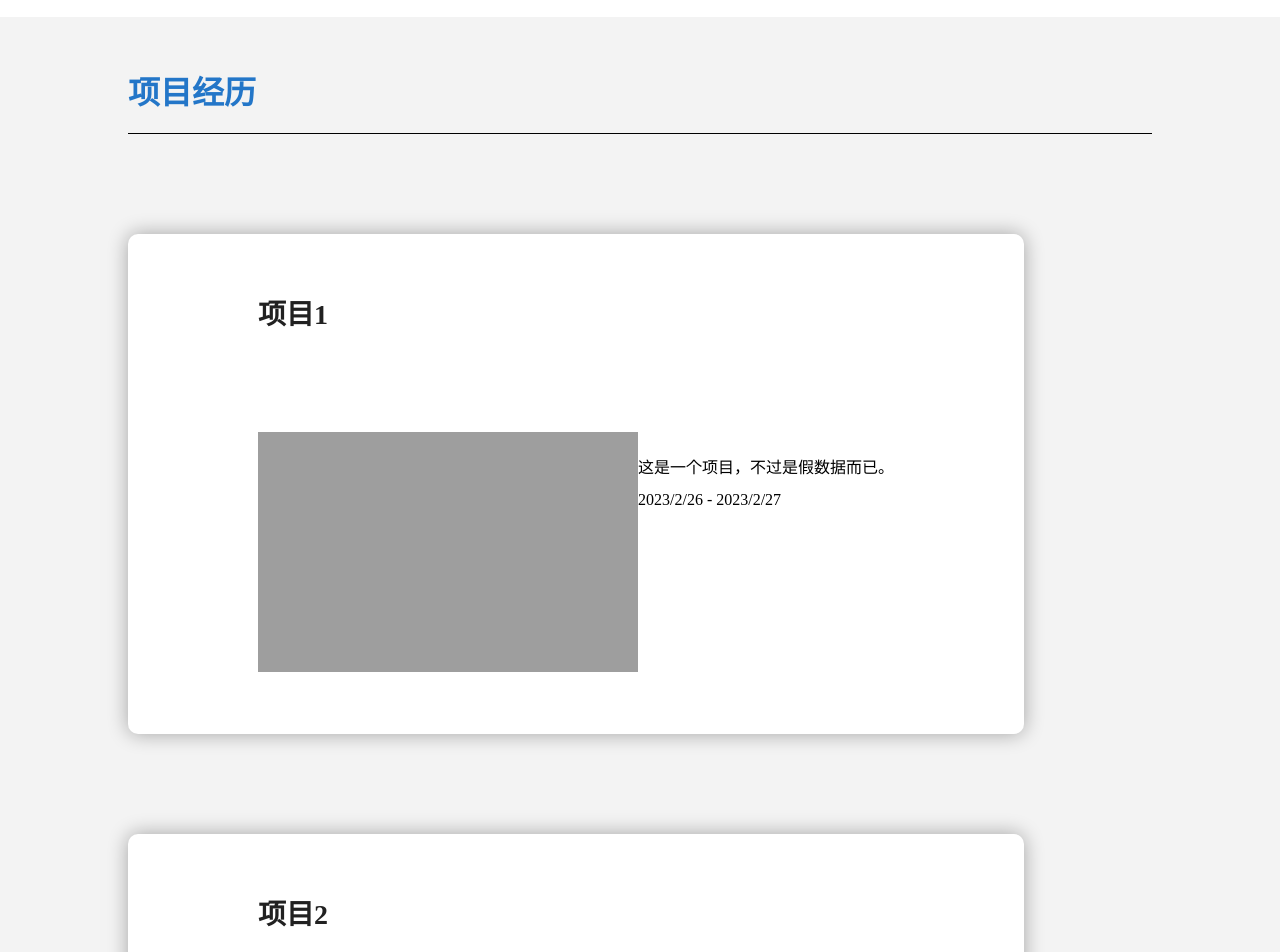
Repository: TheBiggestFatCat/myblog-frontend
Page: /
An editor plug-in stored every save of this project. The page is shown before and after the next save, followed by the edit.
The browser window is 1280 px wide. The pictures show the part of the page from y = 1082 to 2034 px (the page is 3166 px tall).
Pictures or frames that could not be fetched are drawn as grey boxes. The project was rebuilt for these pictures with package versions that can differ from the ones it lists, and the page was loaded fresh each time. Also part of the build but not shown: vite.config.ts.

Above is the page before, as saved 2023-02-26 11:57:33.

### src/style.css
* {
  margin: 0;
  box-sizing: border-box;
  padding: 0;
}

/* :root {
  font-family: Inter, system-ui, Avenir, Helvetica, Arial, sans-serif;
  line-height: 1.5;
  font-weight: 400;

  color-scheme: light dark;
  color: rgba(255, 255, 255, 0.87);
  background-color: #242424;

  font-synthesis: none;
  text-rendering: optimizeLegibility;
  -webkit-font-smoothing: antialiased;
  -moz-osx-font-smoothing: grayscale;
  -webkit-text-size-adjust: 100%;
}

a {
  font-weight: 500;
  color: #646cff;
  text-decoration: inherit;
}
a:hover {
  color: #535bf2;
}

body {
  margin: 0;
  display: flex;
  place-items: center;
  min-width: 320px;
  min-height: 100vh;
}

h1 {
  font-size: 3.2em;
  line-height: 1.1;
}

button {
  border-radius: 8px;
  border: 1px solid transparent;
  padding: 0.6em 1.2em;
  font-size: 1em;
  font-weight: 500;
  font-family: inherit;
  background-color: #1a1a1a;
  cursor: pointer;
  transition: border-color 0.25s;
}
button:hover {
  border-color: #646cff;
}
button:focus,
button:focus-visible {
  outline: 4px auto -webkit-focus-ring-color;
}

.card {
  padding: 2em;
}

#app {
  max-width: 1280px;
  margin: 0 auto;
  padding: 2rem;
  text-align: center;
}

@media (prefers-color-scheme: light) {
  :root {
    color: #213547;
    background-color: #ffffff;
  }
  a:hover {
    color: #747bff;
  }
  button {
    background-color: #f9f9f9;
  }
} */

### src/App.vue
<script setup lang="ts">
import Home from './components/Home/Home.vue';
</script>

<template>
  <Home/>
</template>

<style scoped>
</style>

### src/components/Home/Home.vue
<template>
  <div class="home">
    <!-- 导航栏 -->
    <Navigation></Navigation>

    <!-- 头部 -->
    <div class="home-top">
      <div class="avatar">
        <img :src="avatar" alt="Image">
      </div>
      <div class="avatar-right">
        <h2>{{ name }}</h2>
        <div class="border"></div>
        <p v-for="i in introduction" :key="i">{{ i }}</p>
        <a href="https://github.com/" target="_blank">
          <button><img src="@/assets/icons/github.svg" style="position: relative; top: 4px;" alt=""></button>
        </a>
        <a href="https://blog.csdn.net/" target="_blank">
          <button><img src="@/assets/icons/csdn.svg" style="position: relative; top: 2px; width: 24px" alt=""></button>
        </a>
      </div>
    </div>

    <!-- 头部以下 -->
    <div class="home-body">
      <!-- 个人介绍 -->
      <div class="personal">
        <h3>个人介绍</h3>
        <div class="border"></div>
        <p v-for="i in personalText">{{ i }}</p>
      </div>
      <!-- 项目经历 -->
      <div class="project">
        <h3>项目经历</h3>
        <div class="border"></div>
        <div class="project-bg" v-for="i in project">
          <div class="left">
            <h3 class="title">{{ i.title }}</h3>
            <img :src="i.img" alt="Image">
          </div>
          <div class="right">
            <p class="text">{{ i.text }}</p>
            <p class="date">{{ i.date }}</p>
          </div>
        </div>
      </div>
    </div>
  </div>
</template>

<script lang='ts' setup>
import Navigation from './Navigation.vue';
import { ref } from 'vue'

// 头部

// 头像
const avatar = 'src/assets/pics/avatar.jpg'

// 姓名
const name = '张齐煜'

// 顶部介绍，允许多行
const introduction = [
  '一只来自外星的猫猫虫。',
]

// 头部以下

// 个人介绍，允许多行
const personalText = [
  '你好，让我来介绍一下：他是理想成为一名全栈程序员的小（大）可爱，张齐煜。实名上网的感觉，还是不太习惯呢。(๑•́ ₃ •̀๑)',
  '就是写这个网站的人，有着还算活泼开朗的性格，善于表达，所以人缘一直很好，也当过老师哦。（诶嘿~(✿◡‿◡)）',
  '别人说这个人挺机灵的，秋游的时候批发饮料到车上和景区倒卖，虽然现在看看挺傻的。不过大学里和同学一起做点项目也赚了一点小钱，这比小时候犯傻赚的多多了吧。',
  '他真的是很喜欢计算机的，这个愣头青高考志愿所有学校只填了计算机专业。不过现在看来他真的学的真的开心，专业课也全是高分。他的B站首页也一直给他推计算机有关的视频，对这个领域的最新技术，他还是很关注的。',
  '',
  '他入校以来一直积极参与Steam编程社团的活动，在大二的时候还在社团中当了几次讲师，给学弟学妹讲讲python的基础语法之类的。说到讲课，之前实习的时候还当给小学生讲python的老师哦。',
  '之前担任数据科学双创社的社长，参与团队项目，负责python爬虫和前端网页的开发。虽然关于python，爬虫什么的现在已经好久不做了，但说不定待他精通JS后还会回去看看呢？',
  '通常在项目中担任组长，组织完成期末小组作业、参加双创赛、三创赛的项目等。没错，接活的时候还要天天和客户对线，但这就是领导的职责嘛。',
  '英语水平虽然不怎么样但还是过了CET4，并且熟练使用谷歌翻译、有道词典、百度翻译。普通话还是挺标准的，上海话也不是洋泾浜（哈哈）。',
  '下面介绍专业技能，咳咳。他熟悉HTML、CSS、JS(ES6)等web开发语言，能够使用VUE2/VUE3编写组件参与项目（这个网站就是vue写的），以及微信小程序开发（赚了不少钱）。了解REACT等其他框架（还是最喜欢VUE），能够使用node.js进行后端开发，包括express框架，mySQL（没错这些也是网站的组成部分之一）。熟练使用git进行团队协作开发。熟练使用office办公软件以及邮箱等常用工具。'
]

// 项目经历

const project = [
  {
    img: 'src/assets/pics/project1.png',
    title: '项目1',
    text: '这是一个项目，不过是假数据而已。',
    date: '2023/2/26 - 2023/2/27'
  },
  {
    img: 'src/assets/pics/project2.png',
    title: '项目2',
    text: '这是一个项目，不过是假数据而已。',
    date: '2023/2/26 - 2023/2/27'
  },
  {
    img: 'src/assets/pics/project3.png',
    title: '项目3',
    text: '这是一个项目，不过是假数据而已。',
    date: '2023/2/26 - 2023/2/27'
  },
]

</script>

<style lang="less" scoped>
.home-top {
  width: 100vw;
  height: 400px;
  align-items: center;
  display: flex;
  flex-flow: row nowrap;
  justify-content: center;

  .avatar {
    width: 300px;
    height: 200px;
    padding-right: 60px;

    img {
      width: 200px;
      height: 200px;
      border-radius: 50%;
    }
  }

  .avatar-right {
    width: 400px;
    height: 160px;

    h2 {
      font-size: 32px;
    }

    .border {
      margin: 20px 0 20px 0;
      width: 100%;
      border-top: 1px solid #000;
    }

    p {
      margin-bottom: 20px;
    }

    // github按钮
    a:nth-of-type(1) button {
      background-color: #24292e;
      color: #fff;
      padding: 8px 30px;
      border: none;
      border-radius: 5px;
      font-size: 16px;
      cursor: pointer;
      transition: all .2s;
    }

    a:nth-of-type(1) button:hover {
      background-color: #3e4147;
    }

    // csdn按钮
    a:nth-of-type(2) button{
      background-color: #d66639;
      color: #fff;
      padding: 8px 30px;
      border: none;
      border-radius: 5px;
      font-size: 16px;
      cursor: pointer;
      transition: all .2s;
      margin-left: 20px;
    }

    a:nth-of-type(2) button:hover {
      background-color: #d87d59;
    }
  }
}

.home-top::before {
  content: "";
  position: absolute;
  top: 0;
  left: 0;
  width: 100vw;
  height: 400px;
  // width: 100%;
  // height: 100%;
  background-image: url(@/assets/pics/home3.jpg);
  background-position: 0 -400px;
  background-size: cover;
  filter: blur(2px);
  /* 设置模糊半径 */
  opacity: 0.85;
  /* 设置不透明度 */
  z-index: -1;
  /* 将遮罩层放在最底层 */
}
// 头部以下
.home-body {
  height: 1000px;
  background-color: #d8d8d8;
  // 个人介绍
  .personal {
    background-color: #fff;
    padding: 50px 10vw 50px 10vw;
    h3 {
      font-size: 32px;
      color: #2376c8;
    }
    .border {
      width: 100%;
      margin: 20px 0 20px 0;
      border-top: 1px solid #000;
    }
    p {
      line-height: 200%;
    }
  }
  // 项目经历
  .project {
    background-color: #f3f3f3;
    padding: 50px 10vw 50px 10vw;
    h3 {
      font-size: 32px;
      color: #2376c8;
    }
    .border {
      width: 100%;
      margin: 20px 0 20px 0;
      border-top: 1px solid #000;
    }
    p {
      line-height: 200%;
    }
    .project-bg {
      display: flex;
      flex-flow: row nowrap;
      justify-content: center;
      align-items: center;
      margin: 100px 0 100px 0 ;
      width: 70vw;
      height: 500px;
      background-color: #fff;
      border-radius: 10px;
      box-shadow: 0 0 20px rgba(1, 1, 1, 0.33);
      img {
        width: 380px;
        height: 240px;
      }
      .left {
        h3 {
          font-size: 28px;
          color: #212121;
          margin-bottom: 100px
        }
      }
      .right {
        width: ;
      }
    }
  }


}
</style>

### src/components/Home/Navigation.vue
<template>
  <nav :class="{'bg-white': !isTop, 'bg-blur': isTop}">
      <div class="logo">小怪兽的神秘山洞</div>
        <div class="ui">
          <div>个人介绍</div>
          <div>项目经历</div>
          <div>专业能力</div>
          <div>个人技术解决</div>
          <div>项目开发需求</div>
        </div>
  </nav>
</template>

<script lang="ts">
import { onMounted, onUnmounted, ref } from 'vue'

export default {
  name: 'Navigation',

  setup() {
    const isTop = ref(true)

    const handleScroll = () => {
      isTop.value = window.pageYOffset === 0
    }

    onMounted(() => {
      window.addEventListener('scroll', handleScroll)
    })

    onUnmounted(() => {
      window.removeEventListener('scroll', handleScroll)
    })

    return { isTop }
  }
}
</script>

<style lang="less" scoped>
nav {
  position: fixed;
  height: 64px;
  top: 0;
  left: 0;
  right: 0;
  padding: 0 20px 0 20px;
  transition: background-color 0.3s ease-in-out;
  display: flex;
  justify-content: space-between;
  align-items: center;
}


.logo {
  font-weight: bold;
  font-size: 24px;
}

.ui {
  display: flex;
  list-style: none;
  margin: 0;
  padding: 0;
  height: 100%;
  div {
    position: relative;
    display: flex;
    padding: 0 10px 0 10px;
    align-items: center;
    margin-left: 40px;
    height: 100%;
    cursor: pointer;
  }

  div::before {
    content: "";
    position: absolute;
    top: 0;
    left: 0;
    right: 0;
    bottom: 0;
    opacity: 0;
    background-color: rgba(0, 0, 0, 0.5); /* 半透明的灰色背景 */
    transition: opacity 0.3s ease;
  }

  div:hover::before {
  opacity: 0.3;
}
}



.bg-white {
  background-color: white;
}

.bg-blur {
  background-color: rgba(255, 255, 255, 0.198);
  backdrop-filter: blur(10px);
}
</style>

Loaded but not shown: index.html (common file); src/main.ts (common file)

After the next save:
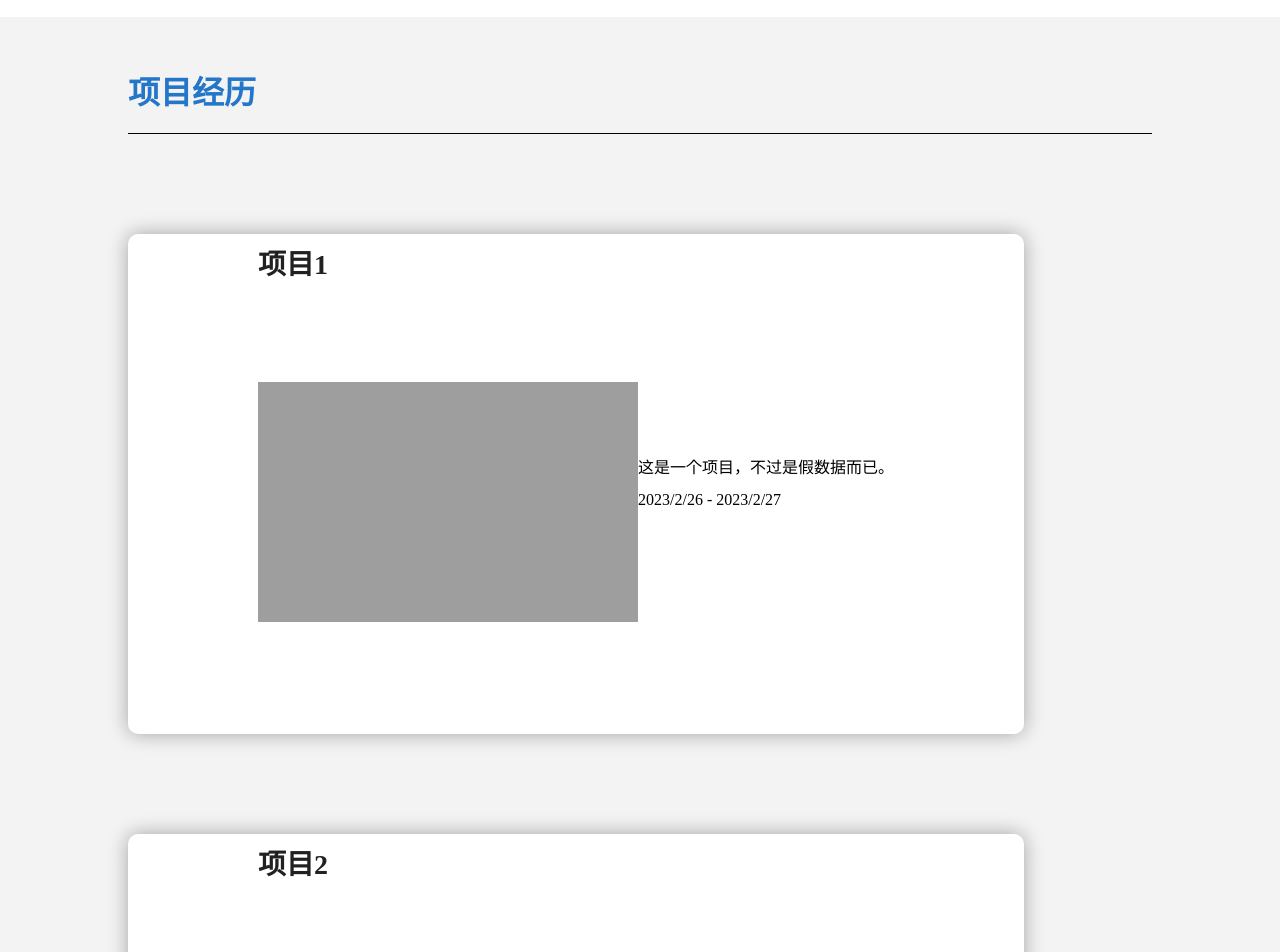
Saved 12 s later.
--- a/src/components/Home/Home.vue
+++ b/src/components/Home/Home.vue
@@ -253,9 +253,10 @@ const project = [
       }
       .left {
         h3 {
+          position: relative;
+          bottom: 100px;
           font-size: 28px;
           color: #212121;
-          margin-bottom: 100px
         }
       }
       .right {
